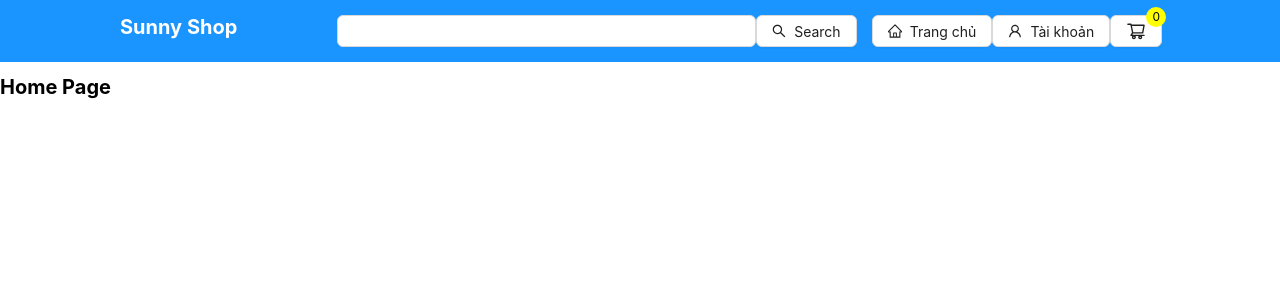
Repository: manhhieu120499/E-Commerce
Page: /
These files come from the project's save history. The page is drawn as it stood at one moment and after a run of saves; the edit follows.
The browser window is 1280 px wide. The pictures show the whole page.
The project was rebuilt for these pictures with package versions that can differ from the ones it lists, and the page was loaded fresh each time. Also part of the build but not shown: src/pages/product/Product.js, src/pages/order/Order.js, src/pages/notFound/NotFound.js, src/layouts/NormalLayout/NormalLayout.js.

Above is the page before, as saved 2025-01-01 12:24:23.

After the next 2 saves:
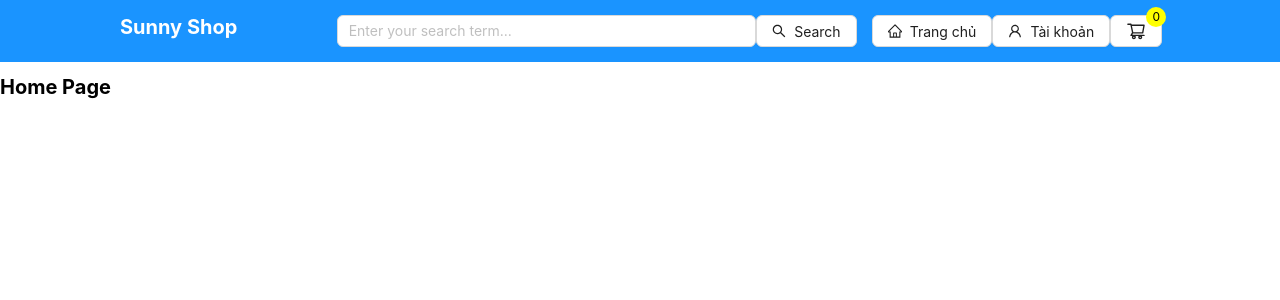
The 2 saves are shown as one change because 1 did not build or start.
The last was saved 89 s later.
--- a/src/components/Header/Header.js
+++ b/src/components/Header/Header.js
@@ -9,6 +9,7 @@ import {
 import Search from "antd/es/transfer/search";
 import {
   HomeOutlined,
+  SearchOutlined,
   ShoppingCartOutlined,
   UserOutlined,
 } from "@ant-design/icons";
@@ -22,7 +23,11 @@ export default function Header({ children }) {
           <WrapperSpan>Sunny Shop</WrapperSpan>
         </Col>
         <Col span={12}>
-          <ButtonInputSearch />
+          <ButtonInputSearch
+            size={"medium"}
+            placeholder={"Enter your search term..."}
+            Icon={SearchOutlined}
+          />
         </Col>
         <Col
           span={7}
--- a/src/components/ButtonInputSearch/ButtonInputSearch.js
+++ b/src/components/ButtonInputSearch/ButtonInputSearch.js
@@ -1,11 +1,10 @@
-import { SearchOutlined } from "@ant-design/icons";
 import { WrapperButtonInputSearch } from "./ButtonInputSearchStyle";
 import { Button, Input } from "antd";
-function ButtonInputSearch({ size, placeholder, onChange, onClick }) {
+function ButtonInputSearch({ size, placeholder, onChange, onClick, Icon }) {
   return (
     <WrapperButtonInputSearch>
       <Input size={size} placeholder={placeholder} />
-      <Button size={size} icon={<SearchOutlined />}>
+      <Button size={size} icon={<Icon />}>
         Search
       </Button>
     </WrapperButtonInputSearch>
